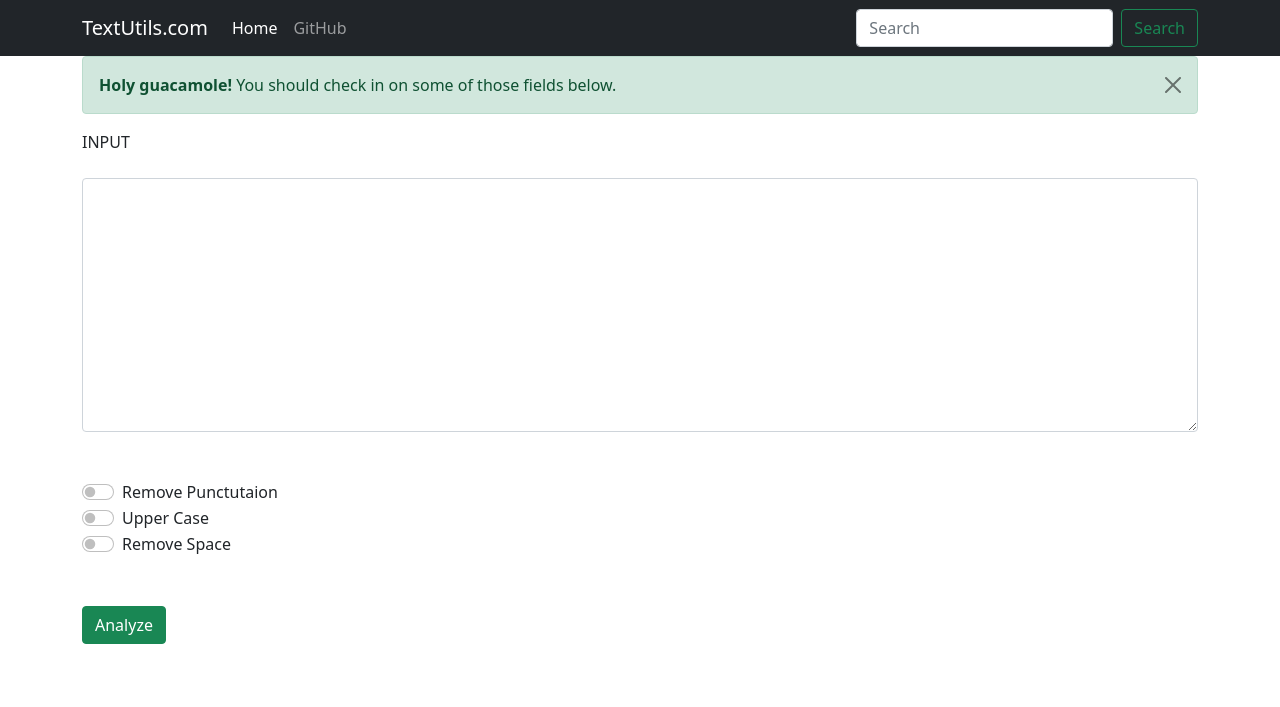
Repository: thenameisshreyank/Textutility
Page: templates/index.html
The author's editor kept a copy of each file at every save. The page is drawn from the files as they stood at one save, then again after the next save.
The browser window is 1280 px wide. The pictures show the whole page.

Above is the page before, as saved 2022-04-15 11:07:49.

After the next save:
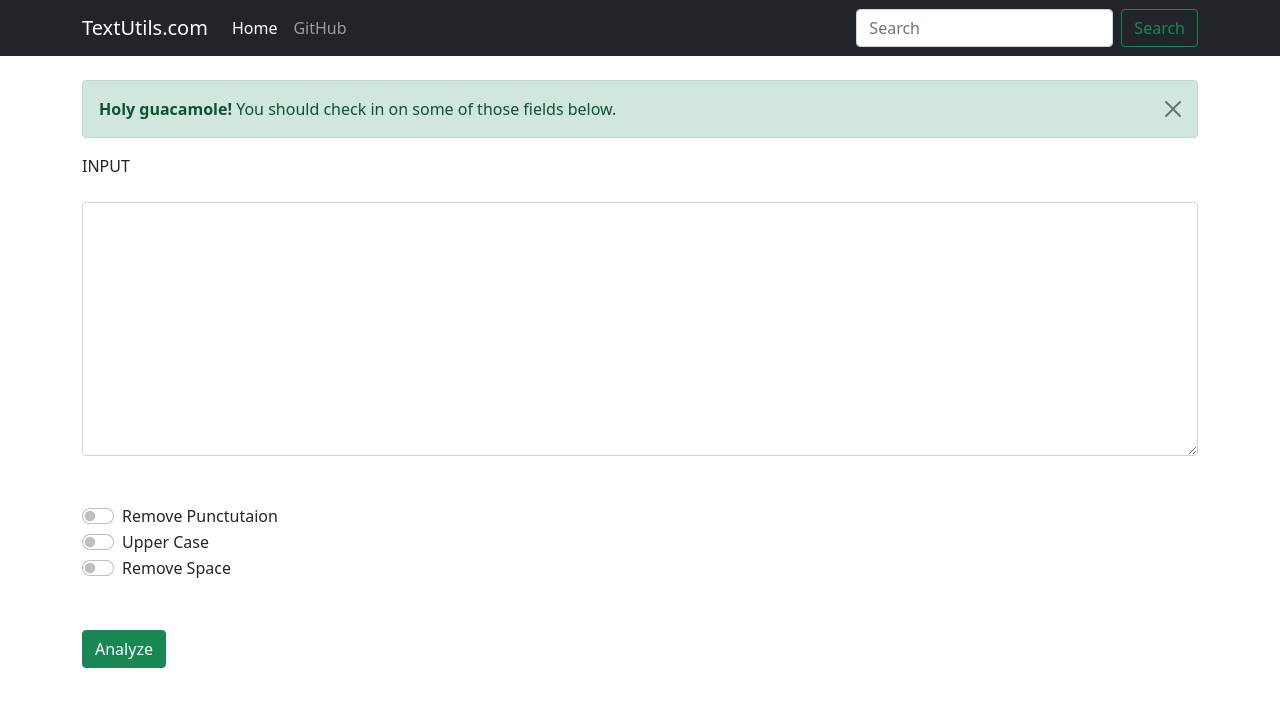
Saved 7 s later.
--- a/templates/index.html
+++ b/templates/index.html
@@ -34,7 +34,7 @@
             </form>
 
         </div>
-      </nav>
+      </nav><br>
       <form action="analyze" method="get">
         <div class="container">
           <div class="alert alert-success alert-dismissible fade show" role="alert">
